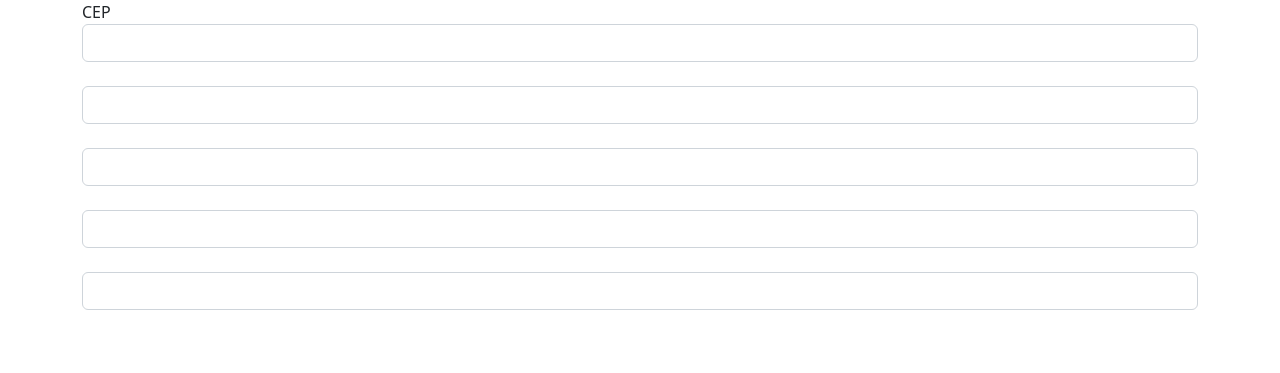
Repository: Mardoqueu/fetch-CEP
Page: index.html
The author's editor kept a copy of each file at every save. The page is drawn from the files as they stood at one save, then again after the next save.
The browser window is 1280 px wide. The pictures show the whole page.

Above is the page before, as saved 2022-10-26 10:28:17.

After the next save:
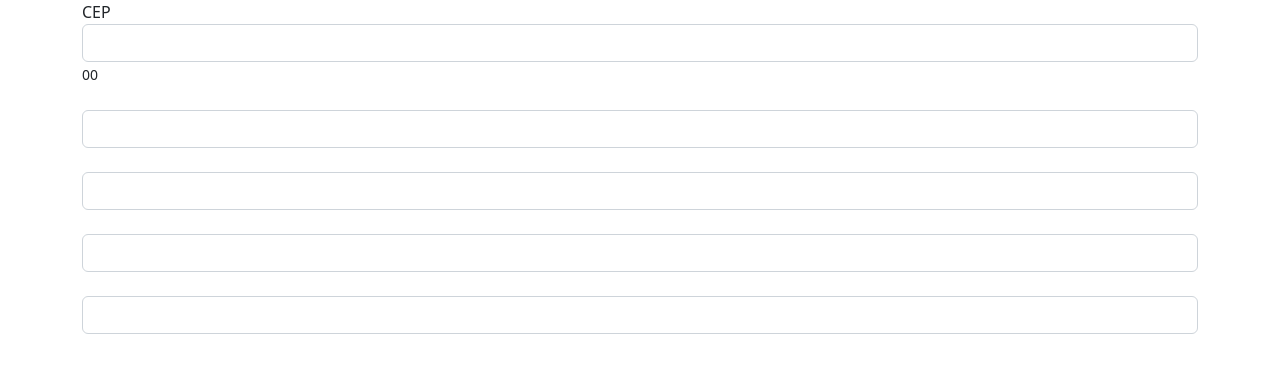
Saved 11 s later.
--- a/index.html
+++ b/index.html
@@ -10,7 +10,7 @@
 <body>
     <div class="container">
       <form>
-        <div class="form-group"><label for="cep"></label>CEP<input type="text" class="form-control"><small></small></div>
+        <div class="form-group"><label for="cep"></label>CEP<input type="text" class="form-control"><small>00</small></div>
         <div class="form-group"><label for=""></label><input type="text" class="form-control"><small></small></div>
         <div class="form-group"><label for=""></label><input type="text" class="form-control"><small></small></div>
         <div class="form-group"><label for=""></label><input type="text" class="form-control"><small></small></div>
